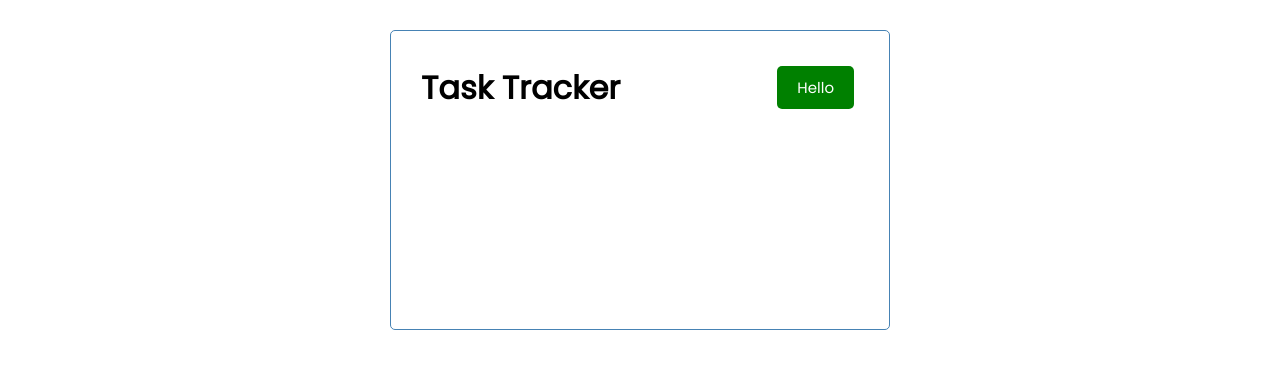
Repository: biggie-pti/task-tracker-react-app
Page: /
An editor plug-in stored every save of this project. The page is shown before and after a run of saves, followed by the edit.
The browser window is 1280 px wide. The pictures show the whole page.
The project was rebuilt for these pictures with package versions that can differ from the ones it lists, and the page was loaded fresh each time.

Above is the page before, as saved 2022-02-20 14:37:46.

After the next 5 saves:
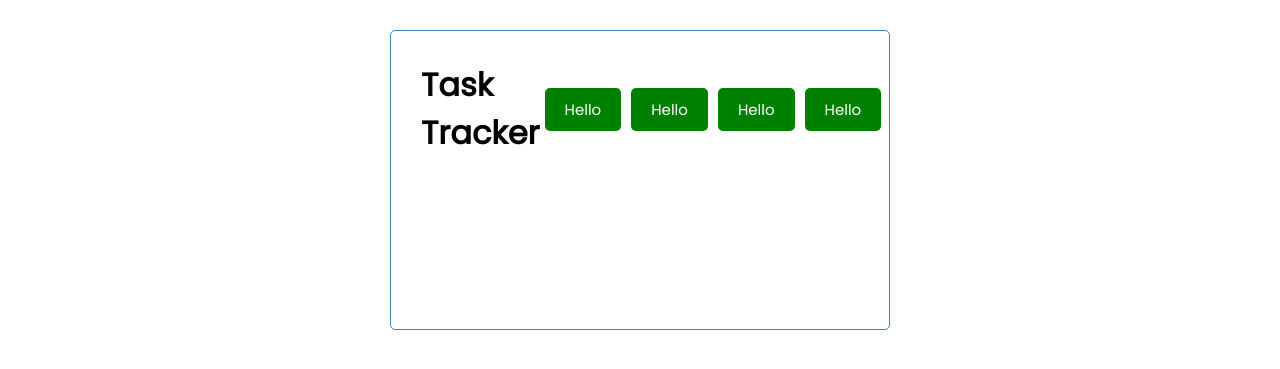
The 5 saves are shown as one change because they came seconds apart.
The last was saved 44 s later.
--- a/src/components/Header.js
+++ b/src/components/Header.js
@@ -8,7 +8,9 @@ const Header = ({title}) => {
         {title}
         </h1>
        <Button color='green' text='Hello'/>
-
+       <Button color='green' text='Hello'/>
+       <Button color='green' text='Hello'/>
+       <Button color='green' text='Hello'/>
         </header>
   )
 }
